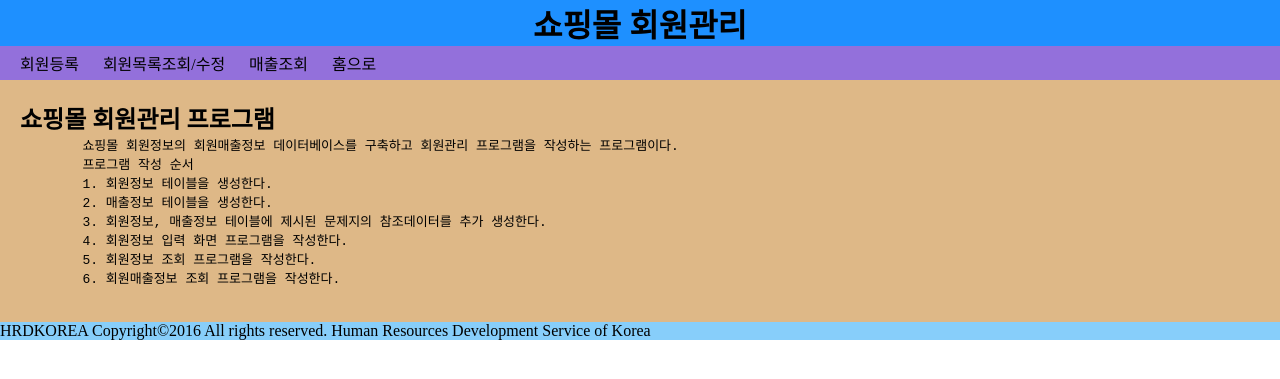
Repository: guguping/finalTestStudy
Page: http://localhost/test2/
An editor plug-in stored every save of this project. The page is shown before and after the next save, followed by the edit.
The browser window is 1280 px wide. The pictures show the whole page.
The page is served by Tomcat 9.

Above is the page before, as saved 2023-07-28 06:44:47.

After the next save:
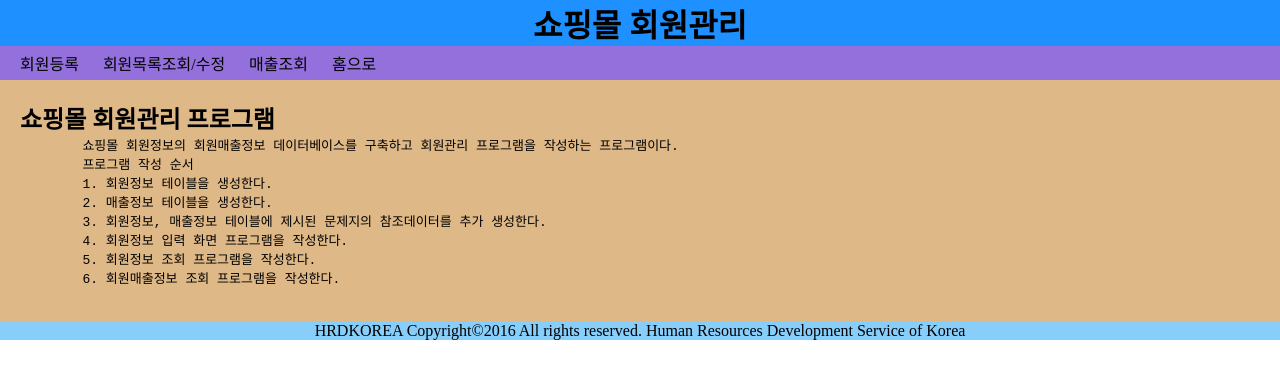
Saved 25 s later.
--- a/test2/src/main/webapp/index.jsp
+++ b/test2/src/main/webapp/index.jsp
@@ -19,6 +19,9 @@
         	color: yellow;
         }
         h1 {
+        	text-align: center;
+        }
+        #footer {
         	text-align: center;
         }
     </style>
